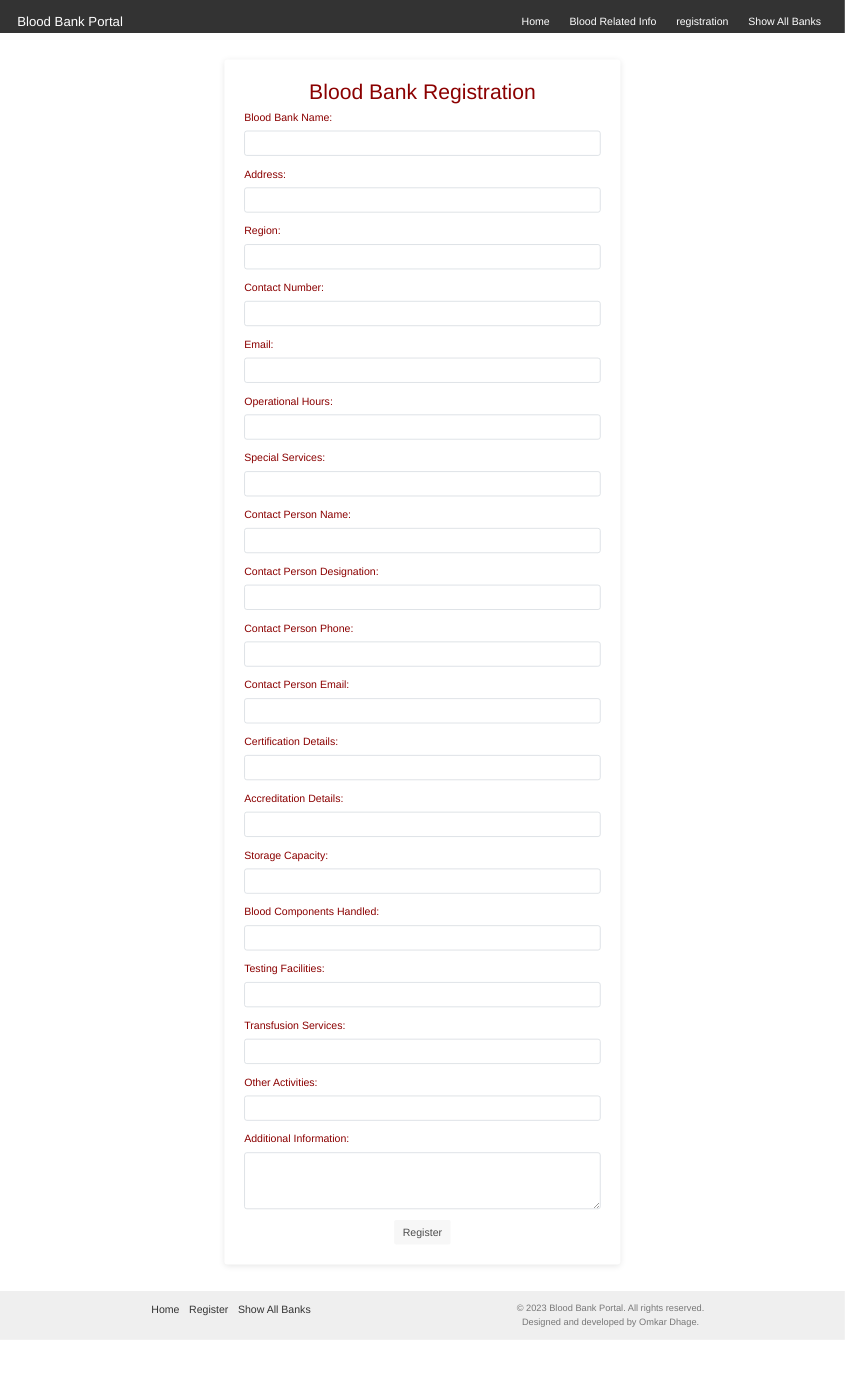
Repository: omi4535/Decentralized_Blood_Bank_System
Page: http://localhost/blood_bank_system/registration.jsp
These files come from the project's save history. The page is drawn as it stood at one moment and after the next save; the edit follows.
The browser window is 1280 px wide. The pictures show the whole page, at 66% of full size.
Some web libraries are served in a nearby version. The page is served by Tomcat 9.

Above is the page before, as saved 2023-07-05 17:11:33.

After the next save:
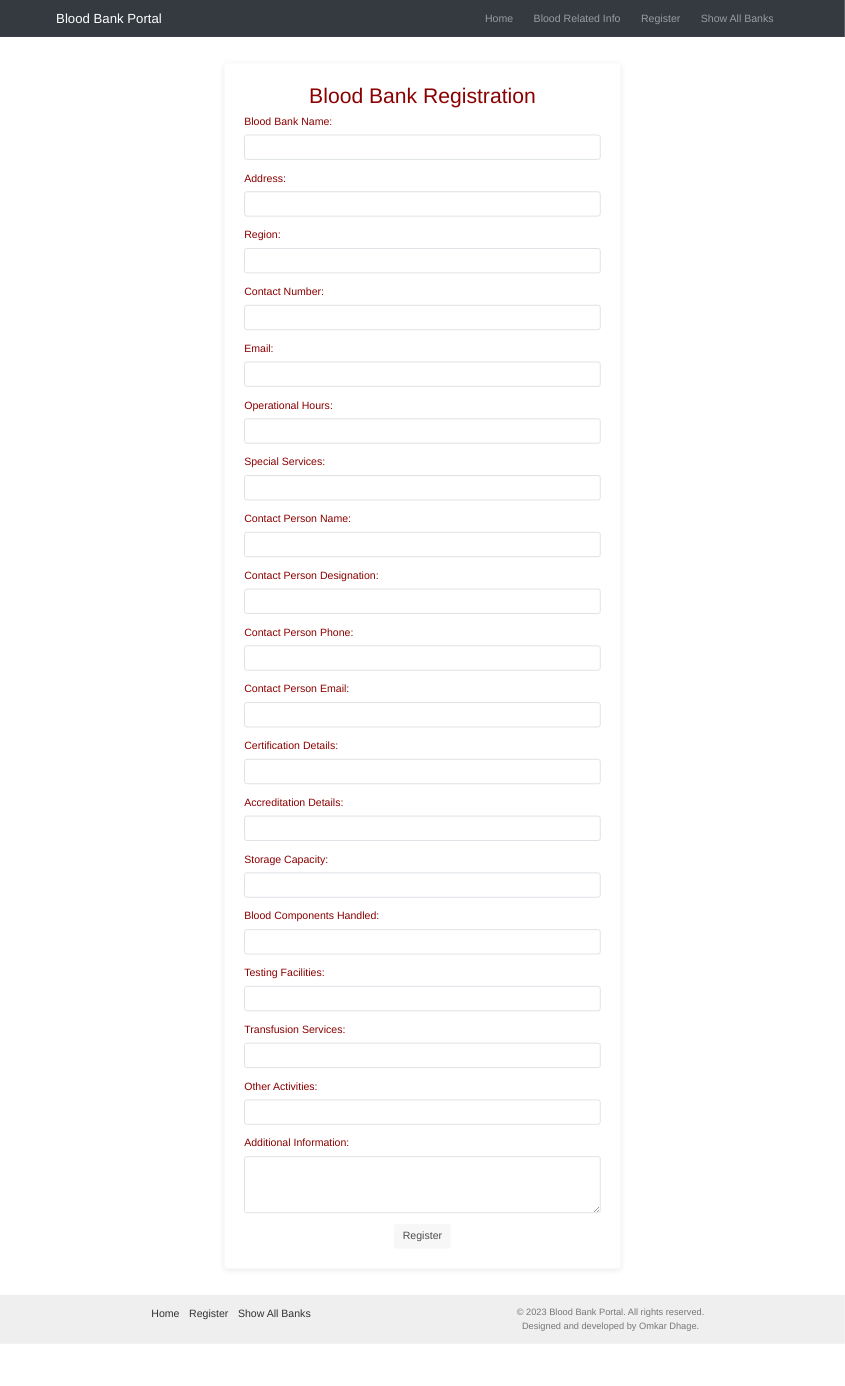
Saved 23 s later.
--- a/blood bank system/src/main/webapp/NavBar.jsp
+++ b/blood bank system/src/main/webapp/NavBar.jsp
@@ -1,6 +1,7 @@
 <%@ page language="java" contentType="text/html; charset=UTF-8"
     pageEncoding="UTF-8"%>
-<!-- <!DOCTYPE html>
+
+<!DOCTYPE html>
 <html>
 <head>
     <meta charset="UTF-8">
@@ -67,64 +68,4 @@
     </nav>
 
 </body>
-</html>-->
-
-<!DOCTYPE html>
-<html>
-<head>
-    <title>Navigation Bar</title>
-    <style>
-        body {
-            margin: 0;
-            padding: 0;
-        }
-
-        .navbar {
-            background-color: #333;
-            height: 50px;
-            display: flex;
-            align-items: center;
-            justify-content: space-between;
-            padding: 0 20px;
-        }
-
-        .navbar-logo {
-            height: 30px;
-        }
-
-        .navbar ul {
-            list-style-type: none;
-            margin: 0;
-            padding: 0;
-            display: flex;
-            align-items: center;
-            height: 100%;
-        }
-
-        .navbar li {
-            margin-right: 10px;
-        }
-
-        .navbar a {
-            color: #fff;
-            text-decoration: none;
-            padding: 10px;
-        }
-
-        .navbar a:hover {
-            background-color: #555;
-        }
-    </style>
-</head>
-<body>
-    <div class="navbar">
-         <a class="navbar-brand" href="index.jsp">Blood Bank Portal</a>
-        <ul >
-            <li class="nav-item"><a href="index.jsp">Home</a></li>
-            <li class="nav-item"><a href="blood_groups_info.jsp">Blood Related Info</a></li>
-            <li class="nav-item"><a href="registration.jsp">registration</a></li>
-            <li class="nav-item">  <a class="nav-link" href="banks">Show All Banks</a></li>
-        </ul>
-    </div>
-</body>
 </html>
